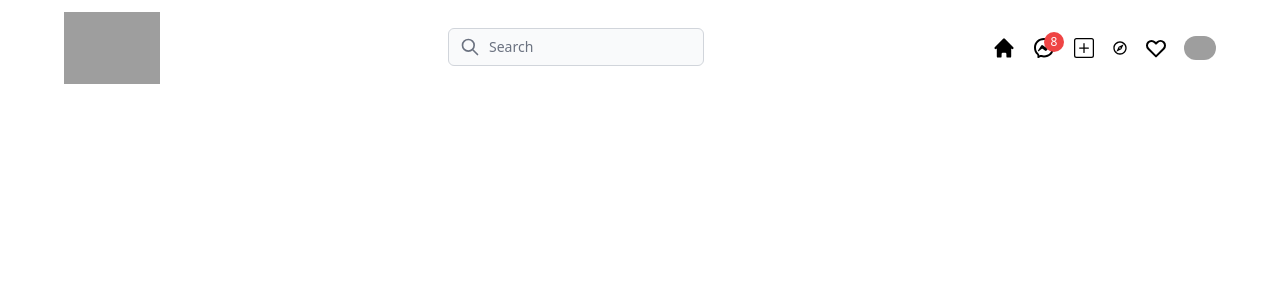
Repository: SehajBindra/insta--clone
Page: /
The author's editor kept a copy of each file at every save. The page is drawn from the files as they stood at one save, then again after the next save.
The browser window is 1280 px wide. The pictures show the whole page.
Pictures or frames that could not be fetched are drawn as grey boxes. The project was rebuilt for these pictures with package versions that can differ from the ones it lists, and the page was loaded fresh each time. The framework's server and built-in components were replaced by stand-ins that run in the browser. Also part of the build but not shown: next.config.js.

Above is the page before, as saved 2022-04-11 14:02:13.

After the next save:
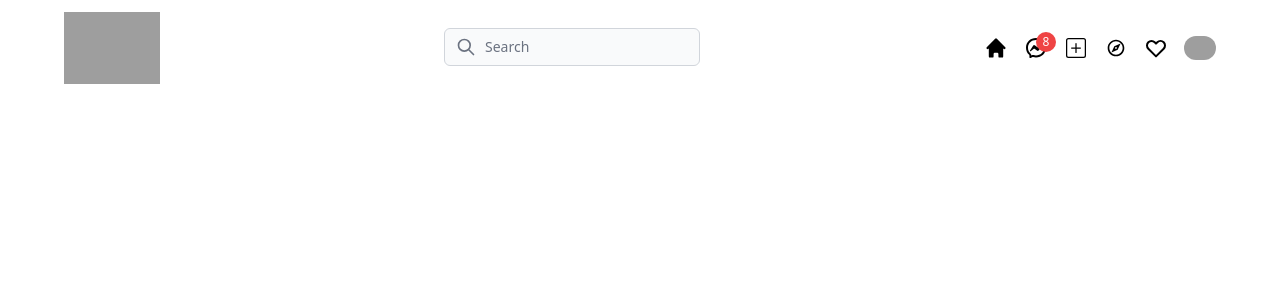
Saved 14 s later.
--- a/components/Header.js
+++ b/components/Header.js
@@ -55,7 +55,7 @@
 
        <BsPlusSquare  className="h-5 w-6"/>
        {/* <UserGroupIcon className="navBtn"/> */}
-       <MdOutlineExplore className="h-5" />
+       <MdOutlineExplore className="h-5  w-6" />
        <HeartIcon     className="navBtn"  />
 
        <img className="h-6 rounded-full  cursor-pointer" src="https:links.papareact.com/3ke" alt="profile pic"  />
